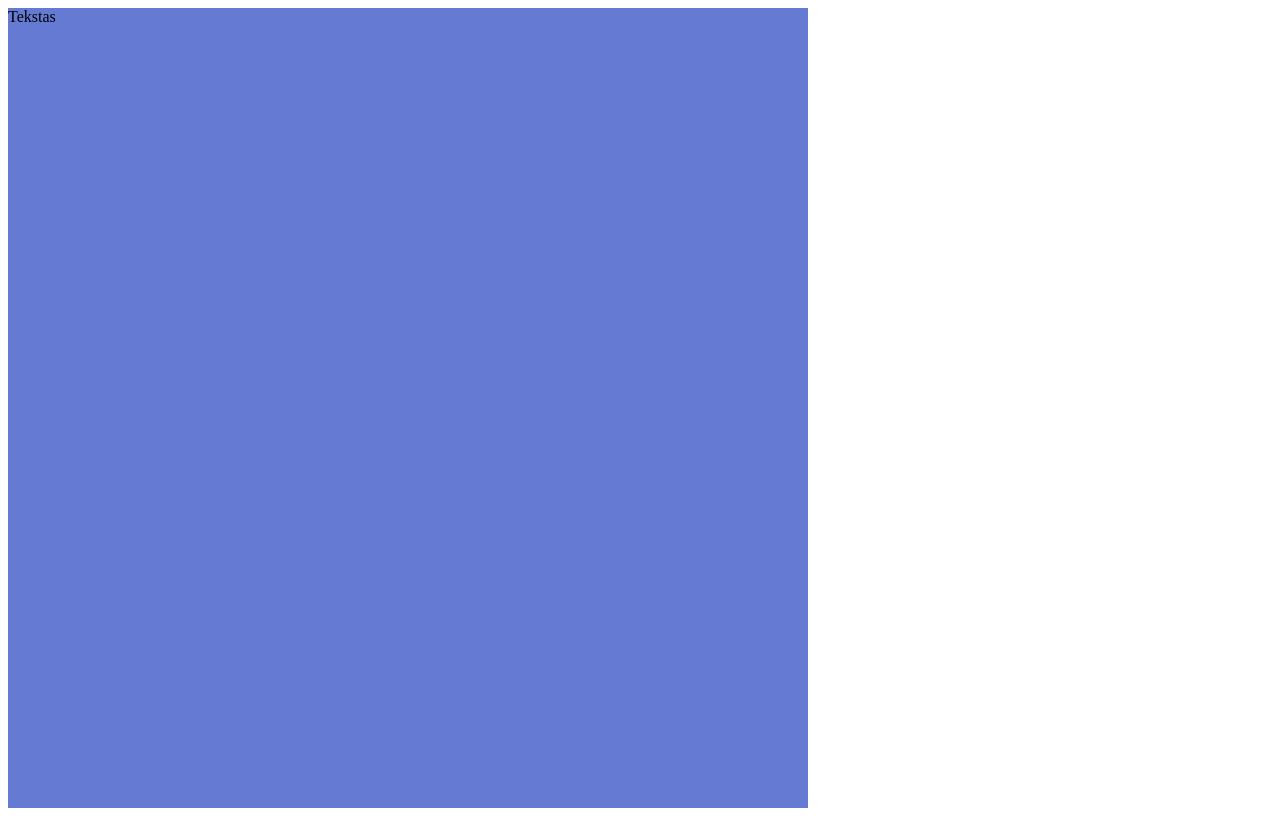
Repository: motiejus1/10-paskaita-05.31
Page: index.html
An editor plug-in stored every save of this project. The page is shown before and after the next save, followed by the edit.
The browser window is 1280 px wide. The pictures show the whole page.

Above is the page before, as saved 2021-06-16 18:22:49.

### index.html
<!DOCTYPE html>
<html lang="en">
<head>
    <meta charset="UTF-8">
    <meta http-equiv="X-UA-Compatible" content="IE=edge">
    <meta name="viewport" content="width=device-width, initial-scale=1.0">
    <title>10 paskaita</title>

    <style>
        .container {
            width: 800px;
            height: 800px;
        }

        .zalia {
            background-color: #657AD3;

        }
    </style>
</head>
<body>
    <div class="container zalia">
        Tekstas
    </div>
</body>
</html>

After the next save:
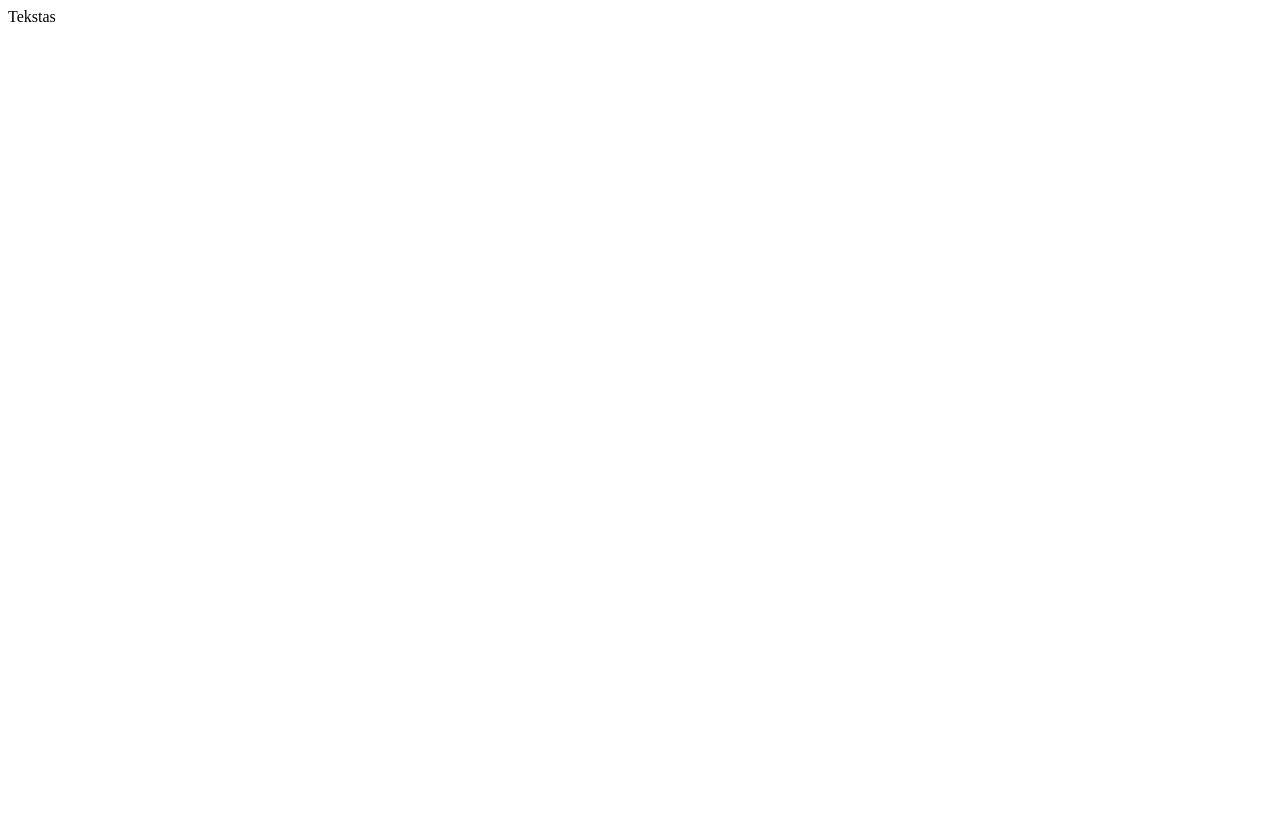
Saved 6 s later.
--- a/index.html
+++ b/index.html
@@ -12,7 +12,7 @@
             height: 800px;
         }
 
-        .zalia {
+        .fonas {
             background-color: #657AD3;
 
         }

After the 3 saves that followed:
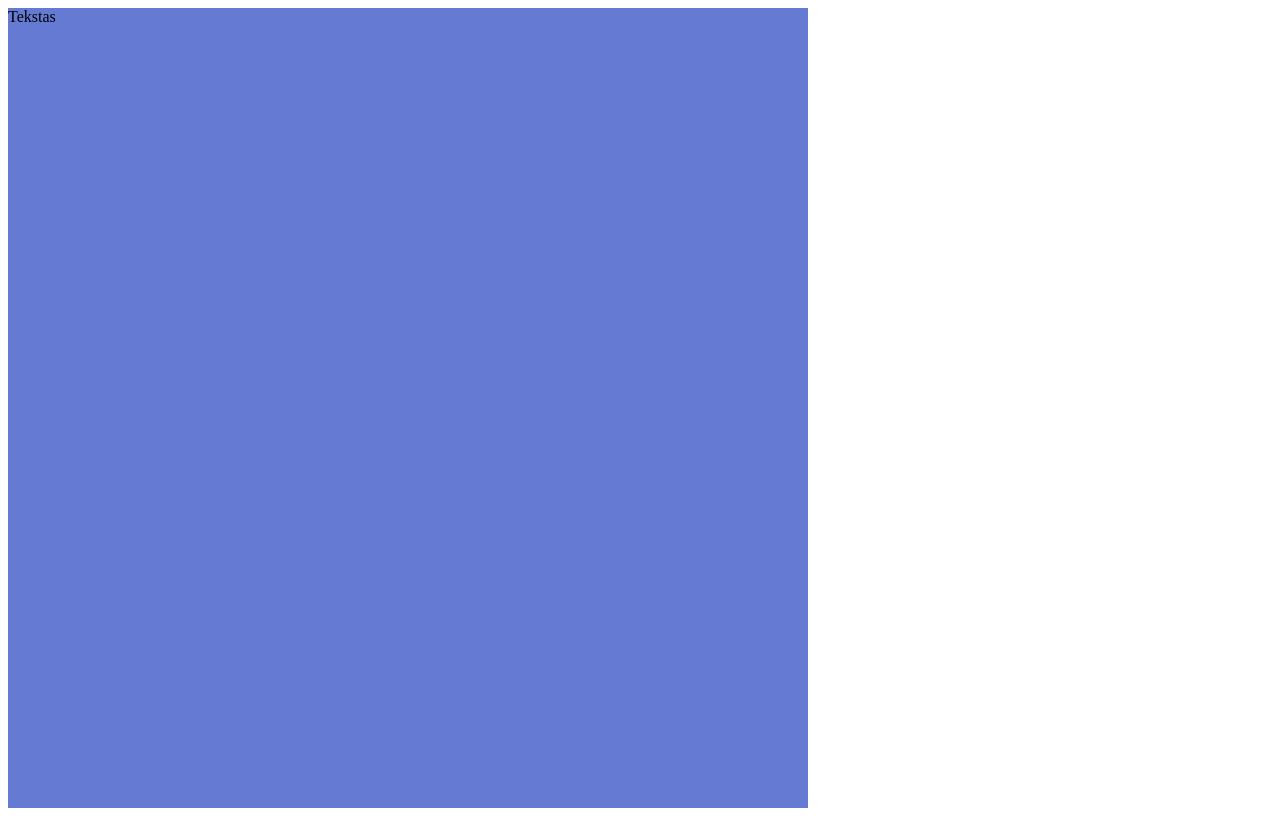
The 3 saves are shown as one change because they came seconds apart.
The last was saved 9 s later.
--- a/index.html
+++ b/index.html
@@ -14,12 +14,12 @@
 
         .fonas {
             background-color: #657AD3;
-
+            opacity: ;
         }
     </style>
 </head>
 <body>
-    <div class="container zalia">
+    <div class="container fonas">
         Tekstas
     </div>
 </body>
